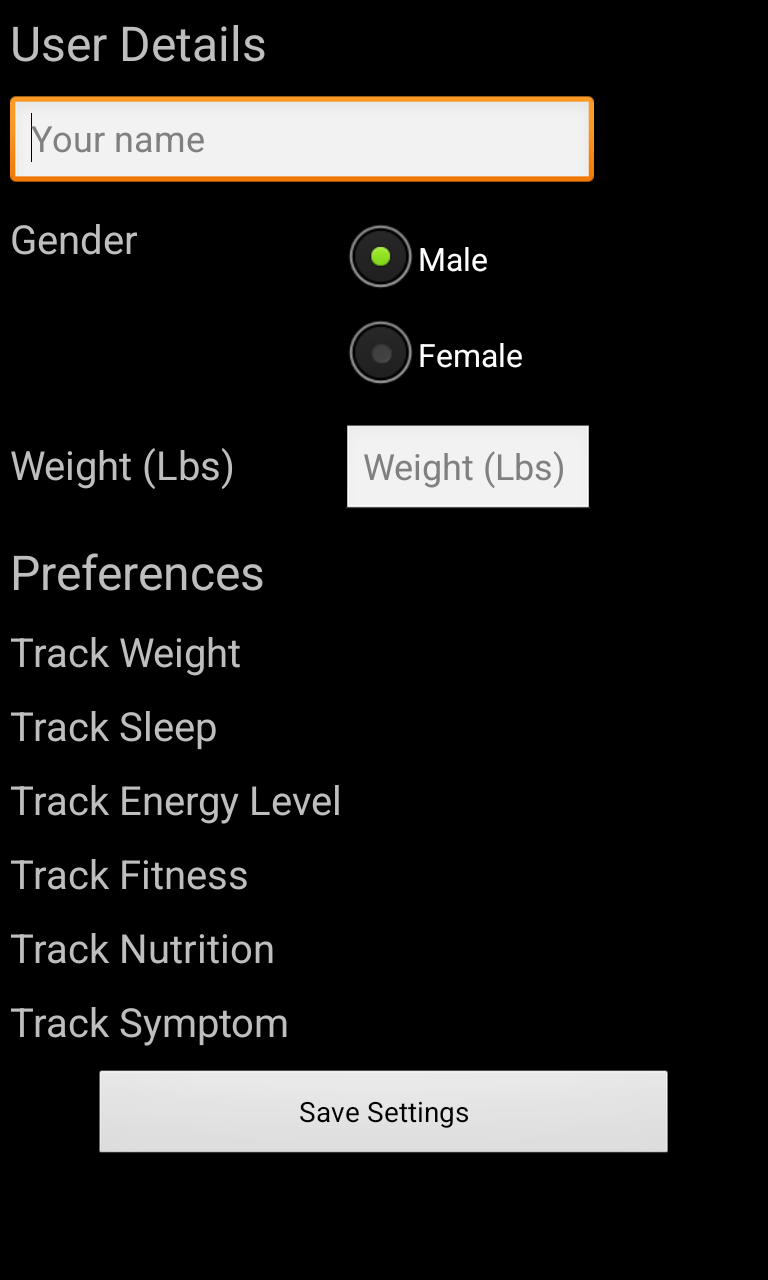
Repository: dillonyoung/CPD4493
Layout: TraCare/res/layout/preferences.xml
The author's editor kept a copy of each file at every save. The layout is drawn from the files as they stood at one save, then again after the next save.
It is drawn on a 768 x 1280 px phone screen (xhdpi) without system bars, with theme android:Theme.Black; the app's code is not run.

Above is the layout before, as saved 2013-04-10 22:43:22.

### TraCare/res/layout/preferences.xml
<?xml version="1.0" encoding="utf-8"?>
<ScrollView xmlns:android="http://schemas.android.com/apk/res/android"
    android:layout_width="fill_parent"
    android:layout_height="fill_parent" >

    <TableLayout
        android:id="@+id/TableLayout1"
        android:layout_width="match_parent"
        android:layout_height="wrap_content" >

        <TableRow
            android:id="@+id/tableRow1"
            android:layout_width="wrap_content"
            android:layout_height="wrap_content"
            android:padding="5dip" >

            <TextView
                android:id="@+id/textView1"
                android:layout_width="wrap_content"
                android:layout_height="wrap_content"
                android:layout_span="2"
                android:text="@string/user_details"
                android:textSize="24sp" />
        </TableRow>

        <TableRow
            android:id="@+id/tableRow2"
            android:layout_width="wrap_content"
            android:layout_height="wrap_content"
            android:padding="5dip" >

            <EditText
                android:id="@+id/txtUserName"
                android:layout_width="wrap_content"
                android:layout_height="wrap_content"
                android:layout_span="2"
                android:ems="20"
                android:hint="@string/yourname"
                android:inputType="textPersonName" >

                <requestFocus />
            </EditText>
        </TableRow>

        <TableRow
            android:id="@+id/tableRow3"
            android:layout_width="wrap_content"
            android:layout_height="wrap_content"
            android:padding="5dip" >

            <TextView
                android:id="@+id/textView2"
                android:layout_width="wrap_content"
                android:layout_height="wrap_content"
                android:text="@string/gender"
                style="@style/label" />

            <RadioGroup
                android:id="@+id/rdgrpGender"
                android:layout_width="wrap_content"
                android:layout_height="wrap_content" >

                <RadioButton
                    android:id="@+id/radMale"
                    android:layout_width="wrap_content"
                    android:layout_height="wrap_content"
                    android:checked="true"
                    android:text="@string/male" />

                <RadioButton
                    android:id="@+id/radFemale"
                    android:layout_width="wrap_content"
                    android:layout_height="wrap_content"
                    android:text="@string/female" />
            </RadioGroup>
        </TableRow>

        <TableRow
            android:id="@+id/tableRow4"
            android:layout_width="wrap_content"
            android:layout_height="wrap_content"
            android:padding="5dip" >

            <TextView
                android:id="@+id/textView3"
                android:layout_width="wrap_content"
                android:layout_height="wrap_content"
                android:text="@string/weight"
                style="@style/label" />

            <EditText
                android:id="@+id/txtUserWeight"
                android:layout_width="wrap_content"
                android:layout_height="wrap_content"
                android:ems="6"
                android:hint="@string/weight"
                android:inputType="numberDecimal" />
        </TableRow>

        <TableRow
            android:id="@+id/tableRow5"
            android:layout_width="wrap_content"
            android:layout_height="wrap_content"
            android:padding="5dip" >

            <TextView
                android:id="@+id/textView4"
                android:layout_width="wrap_content"
                android:layout_height="wrap_content"
                android:layout_span="2"
                android:text="@string/preferences"
                android:textSize="24sp" />
        </TableRow>

        <TableRow
            android:id="@+id/tableRow6"
            android:layout_width="wrap_content"
            android:layout_height="wrap_content"
            android:padding="5dip" >

            <TextView
                android:id="@+id/textView5"
                android:layout_width="wrap_content"
                android:layout_height="wrap_content"
                android:text="@string/track_weight"
                style="@style/label" />

            <Switch
                android:id="@+id/switchWeight"
                android:layout_width="wrap_content"
                android:layout_height="wrap_content"
                android:text="" />
        </TableRow>

        <TableRow
            android:id="@+id/tableRow7"
            android:layout_width="wrap_content"
            android:layout_height="wrap_content"
            android:padding="5dip" >

            <TextView
                android:id="@+id/textView6"
                android:layout_width="wrap_content"
                android:layout_height="wrap_content"
                android:text="@string/track_sleep"
                style="@style/label" />

            <Switch
                android:id="@+id/switchSleep"
                android:layout_width="wrap_content"
                android:layout_height="wrap_content"
                android:text="" />
        </TableRow>

        <TableRow
            android:id="@+id/tableRow8"
            android:layout_width="wrap_content"
            android:layout_height="wrap_content"
            android:padding="5dip" >

            <TextView
                android:id="@+id/textView7"
                android:layout_width="wrap_content"
                android:layout_height="wrap_content"
                android:text="@string/track_energy_level"
                style="@style/label" />

            <Switch
                android:id="@+id/switchEnergyLevel"
                android:layout_width="wrap_content"
                android:layout_height="wrap_content"
                android:text="" />
        </TableRow>

        <TableRow
            android:id="@+id/tableRow9"
            android:layout_width="wrap_content"
            android:layout_height="wrap_content"
            android:padding="5dip" >

            <TextView
                android:id="@+id/textView8"
                android:layout_width="wrap_content"
                android:layout_height="wrap_content"
                android:text="@string/track_fitness"
                style="@style/label" />

            <Switch
                android:id="@+id/switchFitness"
                android:layout_width="wrap_content"
                android:layout_height="wrap_content"
                android:text="" />
        </TableRow>

        <TableRow
            android:id="@+id/tableRow10"
            android:layout_width="wrap_content"
            android:layout_height="wrap_content"
            android:padding="5dip" >

            <TextView
                android:id="@+id/textView9"
                android:layout_width="wrap_content"
                android:layout_height="wrap_content"
                android:text="@string/track_nutrition"
                style="@style/label" />

            <Switch
                android:id="@+id/switchNutrition"
                android:layout_width="wrap_content"
                android:layout_height="wrap_content"
                android:text="" />
        </TableRow>

                <TableRow
            android:id="@+id/tableRow11"
            android:layout_width="wrap_content"
            android:layout_height="wrap_content"
            android:padding="5dip" >

            <TextView
                android:id="@+id/textView10"
                android:layout_width="wrap_content"
                android:layout_height="wrap_content"
                android:text="@string/track_symptom"
                style="@style/label" />

            <Switch
                android:id="@+id/switchSymptom"
                android:layout_width="wrap_content"
                android:layout_height="wrap_content"
                android:text="" />
        </TableRow>

        <TableRow
            android:id="@+id/tableRow12"
            android:layout_width="wrap_content"
            android:layout_height="wrap_content"
            android:gravity="center_horizontal"
            android:padding="5dip" >

            <Button
                android:id="@+id/btnSave"
                android:layout_width="wrap_content"
                android:layout_height="wrap_content"
                android:layout_span="2"
                android:text="@string/savesettings" />
        </TableRow>
    </TableLayout>

</ScrollView>

### TraCare/res/values/strings.xml
<?xml version="1.0" encoding="utf-8"?>
<resources>

    <string name="app_name">TraCare</string>
    <string name="action_settings">Settings</string>
    <string name="title_section1">Section 1</string>
    <string name="title_section2">Section 2</string>
    <string name="title_section3">Section 3</string>
    <string name="user_details">User Details</string>
    <string name="gender">Gender</string>
    <string name="male">Male</string>
    <string name="female">Female</string>
    <string name="weight">Weight (Lbs)</string>
    <string name="preferences">Preferences</string>
    <string name="track_weight">Track Weight</string>
    <string name="track_sleep">Track Sleep</string>
    <string name="track_energy_level">Track Energy Level</string>
    <string name="track_quality_of_sleep">Track Quality of Sleep</string>
    <string name="track_fitness">Track Fitness</string>
    <string name="track_nutrition">Track Nutrition</string>
    <string name="savesettings">Save Settings</string>
    <string name="back">Back</string>
    <string name="yourname">Your name</string>
    <string name="track_symptom">Track Symptom</string>
    <string name="image"></string>
    <string name="blank"></string>
    <string name="menu_add_entry">Add Entry</string>
    <string name="menu_delete_entry">Delete Entry</string>
    <string name="summary">Summary Report</string>
    <string name="startdate">Start Date</string>
    <string name="enddate">End Date</string>
    <string name="runreport">Run Report</string>
    <string name="reportstart">Report Start Date</string>
    <string name="reportend">Report End Date</string>
    <string name="lowestweight">Lowest Weight</string>
    <string name="lowestdate">Date of Lowest Weight</string>
	<string name="highestweight">Highest Weight</string>
    <string name="highestdate">Date of Highest Weight</string>
    <string name="averageweight">Average Weight</string>
    <string-array name="hours_of_sleep">
        <item>0.0 Hours of Sleep</item>
        <item>0.5 Hours of Sleep</item>
        <item>1.0 Hours of Sleep</item>
        <item>1.5 Hours of Sleep</item>
        <item>2.0 Hours of Sleep</item>
        <item>2.5 Hours of Sleep</item>
        <item>3.0 Hours of Sleep</item>
        <item>3.5 Hours of Sleep</item>
        <item>4.0 Hours of Sleep</item>
        <item>4.5 Hours of Sleep</item>
        <item>5.0 Hours of Sleep</item>
        <item>5.5 Hours of Sleep</item>
        <item>6.0 Hours of Sleep</item>
        <item>6.5 Hours of Sleep</item>
        <item>7.0 Hours of Sleep</item>
        <item>7.5 Hours of Sleep</item>
        <item>8.0 Hours of Sleep</item>
        <item>8.5 Hours of Sleep</item>
        <item>9.0 Hours of Sleep</item>
        <item>9.5 Hours of Sleep</item>
        <item>10.0 Hours of Sleep</item>
        <item>10.5 Hours of Sleep</item>
        <item>11.0 Hours of Sleep</item>
        <item>11.5 Hours of Sleep</item>
        <item>12.0 Hours of Sleep</item>
        <item>12.5 Hours of Sleep</item>
        <item>13.0 Hours of Sleep</item>
        <item>13.5 Hours of Sleep</item>
        <item>14.0 Hours of Sleep</item>
        <item>14.5 Hours of Sleep</item>
        <item>15.0 Hours of Sleep</item>
        <item>15.5 Hours of Sleep</item>
        <item>16.0 Hours of Sleep</item>
        <item>16.5 Hours of Sleep</item>
        <item>17.0 Hours of Sleep</item>
        <item>17.5 Hours of Sleep</item>
        <item>18.0 Hours of Sleep</item>
        <item>18.5 Hours of Sleep</item>
        <item>19.0 Hours of Sleep</item>
        <item>19.5 Hours of Sleep</item>
        <item>20.0 Hours of Sleep</item>
        <item>20.5 Hours of Sleep</item>
        <item>21.0 Hours of Sleep</item>
        <item>21.5 Hours of Sleep</item>
        <item>22.0 Hours of Sleep</item>
        <item>22.5 Hours of Sleep</item>
        <item>23.0 Hours of Sleep</item>
        <item>23.5 Hours of Sleep</item>
    </string-array>
    <string-array name="energy_level">
        <item>Energy Level Not Specified</item>
        <item>Terrible Energy Level</item>
        <item>Poor Energy Level</item>
        <item>Average Energy Level</item>
        <item>Good Energy Level</item>
        <item>Excellent Energy Level</item>
    </string-array>
    <string-array name="quality_of_sleep">
        <item>Quality of Sleep Not Specified</item>
        <item>Terrible Quality of Sleep</item>
        <item>Poor Quality of Sleep</item>
        <item>Average Quality of Sleep</item>
        <item>Good Quality of Sleep</item>
        <item>Excellent Quality of Sleep</item>
    </string-array>
    <string-array name="symptom_type">
        <item>Symptom Type Not Specified</item>
        <item>Other</item>
        <item>Abdominal Pain</item>
        <item>Chest Pain</item>
        <item>Constipation</item>
        <item>Cought</item>
        <item>Diarrea</item>
        <item>Dizziness</item>
        <item>Eye Discomfort</item>
        <item>Foot Pain</item>
        <item>Hip Pain</item>
        <item>Knee Pain</item>
        <item>Low Back Pain</item>
        <item>Nasal Congestion</item>
        <item>Nausea</item>
        <item>Neck Pain</item>
        <item>Numbness</item>
        <item>Shortness of Breath</item>
        <item>Shoulder Pain</item>
        <item>Sore Throat</item>
        <item>Vision Problems</item>
        <item>Wheezing</item>
    </string-array>
        <string name="string_new_entry">New Entry</string>
        <string name="string_hours_of_sleep">Select Hours of Sleep</string>
        <string name="string_fitness">Your fitness activity</string>
        <string name="string_nutrition">Your nutrition</string>
        <string name="string_symtpom_description">The symptom description</string>
        <string name="saveentry">Save New Entry</string>

</resources>

### TraCare/res/values/styles.xml
<resources xmlns:android="http://schemas.android.com/apk/res/android">

    <!--
        Base application theme, dependent on API level. This theme is replaced
        by AppBaseTheme from res/values-vXX/styles.xml on newer devices.
    -->
    <style name="AppBaseTheme" parent="android:Theme.Light">
        <!--
            Theme customizations available in newer API levels can go in
            res/values-vXX/styles.xml, while customizations related to
            backward-compatibility can go here.
        -->
    </style>

    <!-- Application theme. -->
    <style name="AppTheme" parent="AppBaseTheme">
        <!-- All customizations that are NOT specific to a particular API-level can go here. -->
    </style>
    <style name="label">
        <item name="android:textSize">20sp</item>
    </style>
    <style name="heading">
        <item name="android:textSize">28sp</item>
    </style>



</resources>

After the next save:
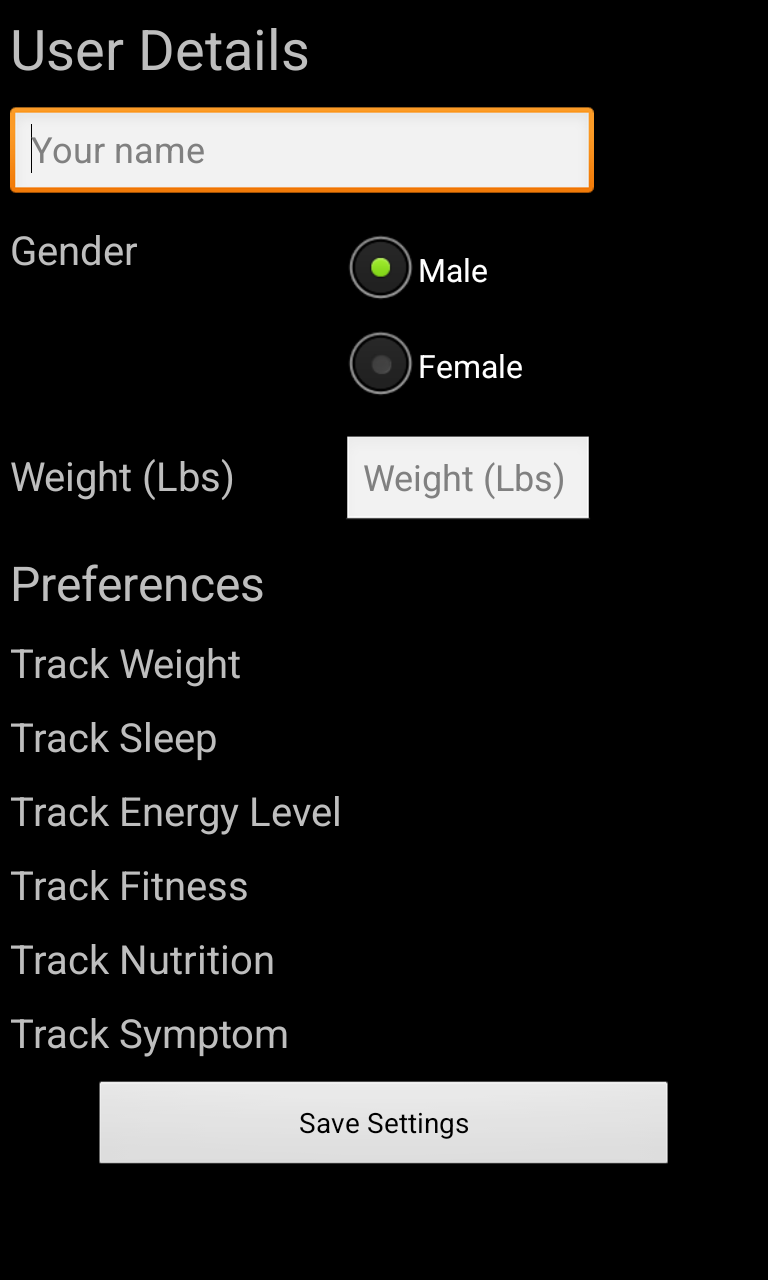
Saved 28 s later.
--- a/TraCare/res/layout/preferences.xml
+++ b/TraCare/res/layout/preferences.xml
@@ -20,7 +20,7 @@
                 android:layout_height="wrap_content"
                 android:layout_span="2"
                 android:text="@string/user_details"
-                android:textSize="24sp" />
+                style="@style/heading" />
         </TableRow>
 
         <TableRow
